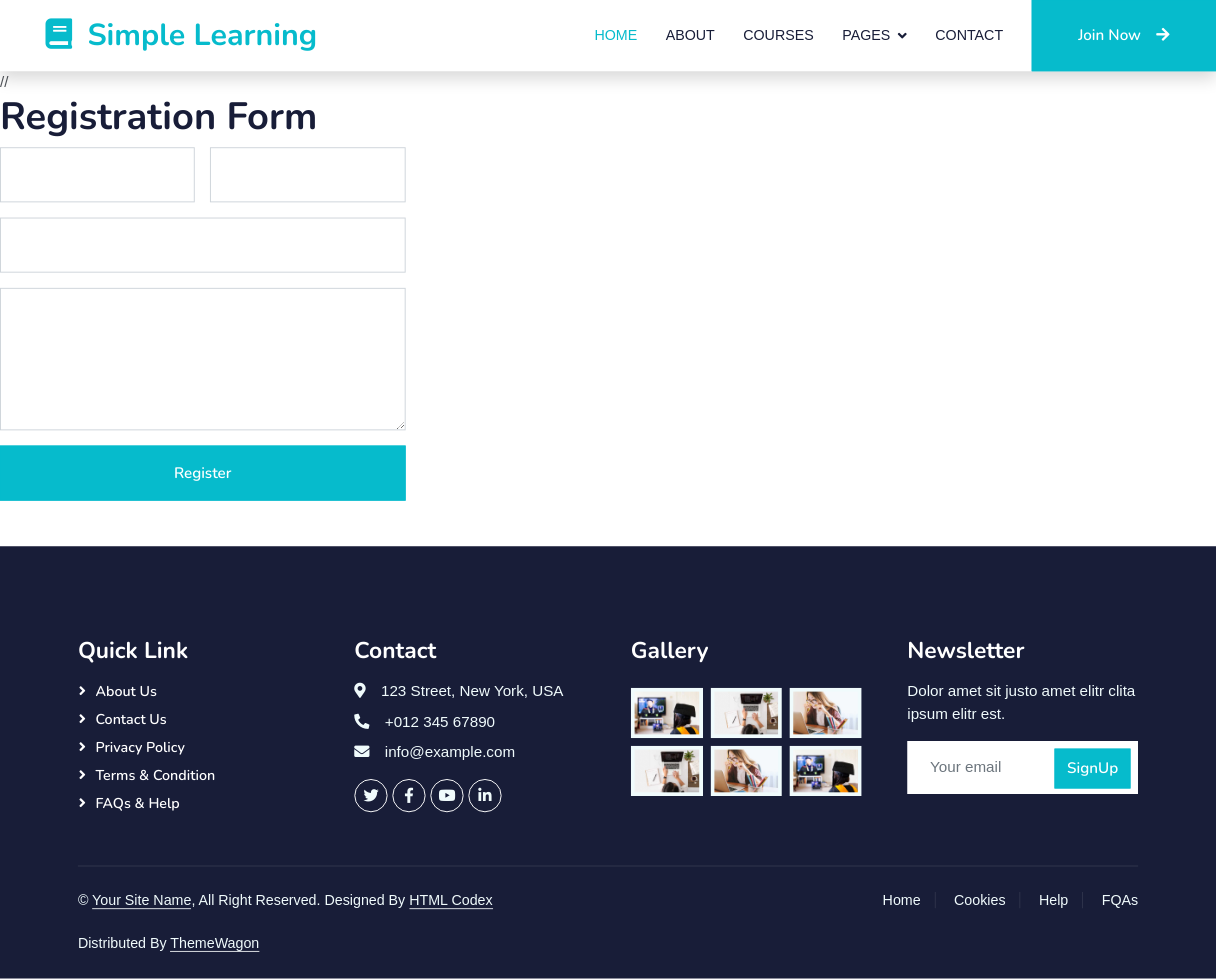
Repository: Arumugam2002/ARUMUGAM-TOPS-DAILY-TASKS
Page: http://localhost/register
An editor plug-in stored every save of this project. The page is shown before and after a run of saves, followed by the edit.
The browser window is 1280 px wide. The pictures show the whole page, at 95% of full size.
Some web fonts or font styles are not loaded; a fallback is used. Some web libraries are served in a nearby version. The page is this project's Thymeleaf template; nobody is signed in. The template is opened directly, without the code that normally fills it, so the values that code supplies are empty.

Above is the page before, as saved 2024-07-16 09:06:13.

### Java SpringBoot/Spring_Eclipse/SpringwithTemplate/src/main/resources/templates/register.html
<!DOCTYPE html>
<html lang="en">
	<head th:replace="/fragments/head :: head"></head>
	<head th:replace="/fragments/header :: header"></head>



<body>
	//<h1>Registration Form</h1>

	<div class="col-lg-4 col-md-12 wow fadeInUp" data-wow-delay="0.5s">
		<form action="/add" method="post">
			<div class="row g-3">
				<div class="col-md-6">
					<div class="form-floating">
						<input type="text" class="form-control" name="name" id="name" placeholder="Enter Name">

					</div>
				</div>
				<div class="col-md-6">
					<div class="form-floating">
						<input type="email" class="form-control" name="email" id="email" placeholder="Enter email">

					</div>
				</div>
				<div class="col-12">
					<div class="form-floating">
						<input type="text" class="form-control" name="contact" id="subject" placeholder="Enter contact">

					</div>
				</div>
				<div class="col-12">
					<div class="form-floating">
						<textarea class="form-control" name="address" placeholder="Enter address" id="message"
							style="height: 150px"></textarea>

					</div>
				</div>
				<div class="col-12">
					<button class="btn btn-primary w-100 py-3" type="submit" >Register</button>
				</div>
			</div>
		</form>
	</div>






	<footer th:replace="/fragments/footer :: footer"></footer>
</body>

</html>

### Java SpringBoot/Spring_Eclipse/SpringwithTemplate/src/main/resources/templates/fragments/head.html
<html lang="en">

<head lang="en" xmlns:th="http://www.thymeleaf.org">
    <meta charset="utf-8">
    <title>Simple Learning</title>
    <meta content="width=device-width, initial-scale=1.0" name="viewport">
    <meta content="" name="keywords">
    <meta content="" name="description">

    <!-- Favicon -->
    <link href="img/favicon.ico" rel="icon">

    <!-- Google Web Fonts -->
    <link rel="preconnect" href="https://fonts.googleapis.com">
    <link rel="preconnect" href="https://fonts.gstatic.com" crossorigin>
    <link href="https://fonts.googleapis.com/css2?family=Heebo:wght@400;500;600&family=Nunito:wght@600;700;800&display=swap" rel="stylesheet">

    <!-- Icon Font Stylesheet -->
    <link href="https://cdnjs.cloudflare.com/ajax/libs/font-awesome/5.10.0/css/all.min.css" rel="stylesheet">
    <link href="https://cdn.jsdelivr.net/npm/bootstrap-icons@1.4.1/font/bootstrap-icons.css" rel="stylesheet">

    <!-- Libraries Stylesheet -->
    <link href="assets/lib/animate/animate.min.css" rel="stylesheet">
    <link href="assets/lib/owlcarousel/assets/owl.carousel.min.css" rel="stylesheet">

    <!-- Customized Bootstrap Stylesheet -->
    <link href="assets/css/bootstrap.min.css" rel="stylesheet">

    <!-- Template Stylesheet -->
    <link href="assets/css/style.css" rel="stylesheet">
</head>

</html>

### Java SpringBoot/Spring_Eclipse/SpringwithTemplate/src/main/resources/templates/fragments/header.html
<html lang="en"
xmlns:th="http://www.thymeleaf.org"
xmlns:sec="http://www.thymeleaf.org/extras/spring-security">
<header>
<!-- Spinner Start -->
<div id="spinner"
	class="show bg-white position-fixed translate-middle w-100 vh-100 top-50 start-50 d-flex align-items-center justify-content-center">
	<div class="spinner-border text-primary" style="width: 3rem; height: 3rem;" role="status">
		<span class="sr-only">Loading...</span>
	</div>
</div>
<!-- Spinner End -->


<!-- Navbar Start -->
<nav class="navbar navbar-expand-lg bg-white navbar-light shadow sticky-top p-0">
	<a href="/" class="navbar-brand d-flex align-items-center px-4 px-lg-5">
		<h2 class="m-0 text-primary"><i class="fa fa-book me-3"></i>Simple Learning</h2>
	</a>
	<button type="button" class="navbar-toggler me-4" data-bs-toggle="collapse" data-bs-target="#navbarCollapse">
		<span class="navbar-toggler-icon"></span>
	</button>
	<div class="collapse navbar-collapse" id="navbarCollapse">
		<div class="navbar-nav ms-auto p-4 p-lg-0">
			<a href="/" class="nav-item nav-link active">Home</a>
			<a href="/about" class="nav-item nav-link">About</a>
			<a href="/courses" class="nav-item nav-link">Courses</a>
			<div class="nav-item dropdown">
				<a href="#" class="nav-link dropdown-toggle" data-bs-toggle="dropdown">Pages</a>
				<div class="dropdown-menu fade-down m-0">
					<a href="/team" class="dropdown-item">Our Team</a>
					<a href="/testimonial" class="dropdown-item">Testimonial</a>
					<a href="/404" class="dropdown-item">404 Page</a>
				</div>
			</div>
			<a href="/contact" class="nav-item nav-link">Contact</a>
		</div>
		<a href="/register" class="btn btn-primary py-4 px-lg-5 d-none d-lg-block">Join Now<i
				class="fa fa-arrow-right ms-3"></i></a>
	</div>
</nav>
<!-- Navbar End -->
</header>


</html>

### Java SpringBoot/Spring_Eclipse/SpringwithTemplate/src/main/resources/templates/fragments/footer.html
<!DOCTYPE html>
<html lang="en" xmlns:th="http://www.thymeleaf.org">

<body>

<footer>
	<!-- Footer Start -->
	<div class="container-fluid bg-dark text-light footer pt-5 mt-5 wow fadeIn" data-wow-delay="0.1s">
		<div class="container py-5">
			<div class="row g-5">
				<div class="col-lg-3 col-md-6">
					<h4 class="text-white mb-3">Quick Link</h4>
					<a class="btn btn-link" href="">About Us</a>
					<a class="btn btn-link" href="">Contact Us</a>
					<a class="btn btn-link" href="">Privacy Policy</a>
					<a class="btn btn-link" href="">Terms & Condition</a>
					<a class="btn btn-link" href="">FAQs & Help</a>
				</div>
				<div class="col-lg-3 col-md-6">
					<h4 class="text-white mb-3">Contact</h4>
					<p class="mb-2"><i class="fa fa-map-marker-alt me-3"></i>123 Street, New York, USA</p>
					<p class="mb-2"><i class="fa fa-phone-alt me-3"></i>+012 345 67890</p>
					<p class="mb-2"><i class="fa fa-envelope me-3"></i>info@example.com</p>
					<div class="d-flex pt-2">
						<a class="btn btn-outline-light btn-social" href=""><i class="fab fa-twitter"></i></a>
						<a class="btn btn-outline-light btn-social" href=""><i class="fab fa-facebook-f"></i></a>
						<a class="btn btn-outline-light btn-social" href=""><i class="fab fa-youtube"></i></a>
						<a class="btn btn-outline-light btn-social" href=""><i class="fab fa-linkedin-in"></i></a>
					</div>
				</div>
				<div class="col-lg-3 col-md-6">
					<h4 class="text-white mb-3">Gallery</h4>
					<div class="row g-2 pt-2">
						<div class="col-4">
							<img class="img-fluid bg-light p-1" src="img/course-1.jpg" alt="">
						</div>
						<div class="col-4">
							<img class="img-fluid bg-light p-1" src="img/course-2.jpg" alt="">
						</div>
						<div class="col-4">
							<img class="img-fluid bg-light p-1" src="img/course-3.jpg" alt="">
						</div>
						<div class="col-4">
							<img class="img-fluid bg-light p-1" src="img/course-2.jpg" alt="">
						</div>
						<div class="col-4">
							<img class="img-fluid bg-light p-1" src="img/course-3.jpg" alt="">
						</div>
						<div class="col-4">
							<img class="img-fluid bg-light p-1" src="img/course-1.jpg" alt="">
						</div>
					</div>
				</div>
				<div class="col-lg-3 col-md-6">
					<h4 class="text-white mb-3">Newsletter</h4>
					<p>Dolor amet sit justo amet elitr clita ipsum elitr est.</p>
					<div class="position-relative mx-auto" style="max-width: 400px;">
						<input class="form-control border-0 w-100 py-3 ps-4 pe-5" type="text" placeholder="Your email">
						<button type="button"
							class="btn btn-primary py-2 position-absolute top-0 end-0 mt-2 me-2">SignUp</button>
					</div>
				</div>
			</div>
		</div>
		<div class="container">
			<div class="copyright">
				<div class="row">
					<div class="col-md-6 text-center text-md-start mb-3 mb-md-0">
						&copy; <a class="border-bottom" href="#">Your Site Name</a>, All Right Reserved.

						<!--/*** This template is free as long as you keep the footer author’s credit link/attribution link/backlink. If you'd like to use the template without the footer author’s credit link/attribution link/backlink, you can purchase the Credit Removal License from "https://htmlcodex.com/credit-removal". Thank you for your support. ***/-->
						Designed By <a class="border-bottom" href="https://htmlcodex.com">HTML Codex</a><br><br>
						Distributed By <a class="border-bottom" href="https://themewagon.com">ThemeWagon</a>
					</div>
					<div class="col-md-6 text-center text-md-end">
						<div class="footer-menu">
							<a href="">Home</a>
							<a href="">Cookies</a>
							<a href="">Help</a>
							<a href="">FQAs</a>
						</div>
					</div>
				</div>
			</div>
		</div>
	</div>
	<!-- Footer End -->


	<!-- Back to Top -->
	<a href="#" class="btn btn-lg btn-primary btn-lg-square back-to-top"><i class="bi bi-arrow-up"></i></a>


	<!-- JavaScript Libraries -->
	<script src="https://code.jquery.com/jquery-3.4.1.min.js"></script>
	<script src="https://cdn.jsdelivr.net/npm/bootstrap@5.0.0/dist/js/bootstrap.bundle.min.js"></script>
	<script src="assets/lib/wow/wow.min.js"></script>
	<script src="assets/lib/easing/easing.min.js"></script>
	<script src="assets/lib/waypoints/waypoints.min.js"></script>
	<script src="assets/lib/owlcarousel/owl.carousel.min.js"></script>

	<!-- Template Javascript -->
	<script src="assets/js/main.js"></script>
	</footer>
</body>

</html>

### Java SpringBoot/Spring_Eclipse/SpringwithTemplate/src/main/resources/static/assets/css/style.css
/********** Template CSS **********/
:root {
    --primary: #06BBCC;
    --light: #F0FBFC;
    --dark: #181d38;
}

.fw-medium {
    font-weight: 600 !important;
}

.fw-semi-bold {
    font-weight: 700 !important;
}

.back-to-top {
    position: fixed;
    display: none;
    right: 45px;
    bottom: 45px;
    z-index: 99;
}


/*** Spinner ***/
#spinner {
    opacity: 0;
    visibility: hidden;
    transition: opacity .5s ease-out, visibility 0s linear .5s;
    z-index: 99999;
}

#spinner.show {
    transition: opacity .5s ease-out, visibility 0s linear 0s;
    visibility: visible;
    opacity: 1;
}


/*** Button ***/
.btn {
    font-family: 'Nunito', sans-serif;
    font-weight: 600;
    transition: .5s;
}

.btn.btn-primary,
.btn.btn-secondary {
    color: #FFFFFF;
}

.btn-square {
    width: 38px;
    height: 38px;
}

.btn-sm-square {
    width: 32px;
    height: 32px;
}

.btn-lg-square {
    width: 48px;
    height: 48px;
}

.btn-square,
.btn-sm-square,
.btn-lg-square {
    padding: 0;
    display: flex;
    align-items: center;
    justify-content: center;
    font-weight: normal;
    border-radius: 0px;
}


/*** Navbar ***/
.navbar .dropdown-toggle::after {
    border: none;
    content: "\f107";
    font-family: "Font Awesome 5 Free";
    font-weight: 900;
    vertical-align: middle;
    margin-left: 8px;
}

.navbar-light .navbar-nav .nav-link {
    margin-right: 30px;
    padding: 25px 0;
    color: #FFFFFF;
    font-size: 15px;
    text-transform: uppercase;
    outline: none;
}

.navbar-light .navbar-nav .nav-link:hover,
.navbar-light .navbar-nav .nav-link.active {
    color: var(--primary);
}

@media (max-width: 991.98px) {
    .navbar-light .navbar-nav .nav-link  {
        margin-right: 0;
        padding: 10px 0;
    }

    .navbar-light .navbar-nav {
        border-top: 1px solid #EEEEEE;
    }
}

.navbar-light .navbar-brand,
.navbar-light a.btn {
    height: 75px;
}

.navbar-light .navbar-nav .nav-link {
    color: var(--dark);
    font-weight: 500;
}

.navbar-light.sticky-top {
    top: -100px;
    transition: .5s;
}

@media (min-width: 992px) {
    .navbar .nav-item .dropdown-menu {
        display: block;
        margin-top: 0;
        opacity: 0;
        visibility: hidden;
        transition: .5s;
    }

    .navbar .dropdown-menu.fade-down {
        top: 100%;
        transform: rotateX(-75deg);
        transform-origin: 0% 0%;
    }

    .navbar .nav-item:hover .dropdown-menu {
        top: 100%;
        transform: rotateX(0deg);
        visibility: visible;
        transition: .5s;
        opacity: 1;
    }
}


/*** Header carousel ***/
@media (max-width: 768px) {
    .header-carousel .owl-carousel-item {
        position: relative;
        min-height: 500px;
    }

    .header-carousel .owl-carousel-item img {
        position: absolute;
        width: 100%;
        height: 100%;
        object-fit: cover;
    }
}

.header-carousel .owl-nav {
    position: absolute;
    top: 50%;
    right: 8%;
    transform: translateY(-50%);
    display: flex;
    flex-direction: column;
}

.header-carousel .owl-nav .owl-prev,
.header-carousel .owl-nav .owl-next {
    margin: 7px 0;
    width: 45px;
    height: 45px;
    display: flex;
    align-items: center;
    justify-content: center;
    color: #FFFFFF;
    background: transparent;
    border: 1px solid #FFFFFF;
    font-size: 22px;
    transition: .5s;
}

.header-carousel .owl-nav .owl-prev:hover,
.header-carousel .owl-nav .owl-next:hover {
    background: var(--primary);
    border-color: var(--primary);
}

.page-header {
    background: linear-gradient(rgba(24, 29, 56, .7), rgba(24, 29, 56, .7)), url(../img/carousel-1.jpg);
    background-position: center center;
    background-repeat: no-repeat;
    background-size: cover;
}

.page-header-inner {
    background: rgba(15, 23, 43, .7);
}

.breadcrumb-item + .breadcrumb-item::before {
    color: var(--light);
}


/*** Section Title ***/
.section-title {
    position: relative;
    display: inline-block;
    text-transform: uppercase;
}

.section-title::before {
    position: absolute;
    content: "";
    width: calc(100% + 80px);
    height: 2px;
    top: 4px;
    left: -40px;
    background: var(--primary);
    z-index: -1;
}

.section-title::after {
    position: absolute;
    content: "";
    width: calc(100% + 120px);
    height: 2px;
    bottom: 5px;
    left: -60px;
    background: var(--primary);
    z-index: -1;
}

.section-title.text-start::before {
    width: calc(100% + 40px);
    left: 0;
}

.section-title.text-start::after {
    width: calc(100% + 60px);
    left: 0;
}


/*** Service ***/
.service-item {
    background: var(--light);
    transition: .5s;
}

.service-item:hover {
    margin-top: -10px;
    background: var(--primary);
}

.service-item * {
    transition: .5s;
}

.service-item:hover * {
    color: var(--light) !important;
}


/*** Categories & Courses ***/
.category img,
.course-item img {
    transition: .5s;
}

.category a:hover img,
.course-item:hover img {
    transform: scale(1.1);
}


/*** Team ***/
.team-item img {
    transition: .5s;
}

.team-item:hover img {
    transform: scale(1.1);
}


/*** Testimonial ***/
.testimonial-carousel::before {
    position: absolute;
    content: "";
    top: 0;
    left: 0;
    height: 100%;
    width: 0;
    background: linear-gradient(to right, rgba(255, 255, 255, 1) 0%, rgba(255, 255, 255, 0) 100%);
    z-index: 1;
}

.testimonial-carousel::after {
    position: absolute;
    content: "";
    top: 0;
    right: 0;
    height: 100%;
    width: 0;
    background: linear-gradient(to left, rgba(255, 255, 255, 1) 0%, rgba(255, 255, 255, 0) 100%);
    z-index: 1;
}

@media (min-width: 768px) {
    .testimonial-carousel::before,
    .testimonial-carousel::after {
        width: 200px;
    }
}

@media (min-width: 992px) {
    .testimonial-carousel::before,
    .testimonial-carousel::after {
        width: 300px;
    }
}

.testimonial-carousel .owl-item .testimonial-text,
.testimonial-carousel .owl-item.center .testimonial-text * {
    transition: .5s;
}

.testimonial-carousel .owl-item.center .testimonial-text {
    background: var(--primary) !important;
}

.testimonial-carousel .owl-item.center .testimonial-text * {
    color: #FFFFFF !important;
}

.testimonial-carousel .owl-dots {
    margin-top: 24px;
    display: flex;
    align-items: flex-end;
    justify-content: center;
}

.testimonial-carousel .owl-dot {
    position: relative;
    display: inline-block;
    margin: 0 5px;
    width: 15px;
    height: 15px;
    border: 1px solid #CCCCCC;
    transition: .5s;
}

.testimonial-carousel .owl-dot.active {
    background: var(--primary);
    border-color: var(--primary);
}


/*** Footer ***/
.footer .btn.btn-social {
    margin-right: 5px;
    width: 35px;
    height: 35px;
    display: flex;
    align-items: center;
    justify-content: center;
    color: var(--light);
    font-weight: normal;
    border: 1px solid #FFFFFF;
    border-radius: 35px;
    transition: .3s;
}

.footer .btn.btn-social:hover {
    color: var(--primary);
}

.footer .btn.btn-link {
    display: block;
    margin-bottom: 5px;
    padding: 0;
    text-align: left;
    color: #FFFFFF;
    font-size: 15px;
    font-weight: normal;
    text-transform: capitalize;
    transition: .3s;
}

.footer .btn.btn-link::before {
    position: relative;
    content: "\f105";
    font-family: "Font Awesome 5 Free";
    font-weight: 900;
    margin-right: 10px;
}

.footer .btn.btn-link:hover {
    letter-spacing: 1px;
    box-shadow: none;
}

.footer .copyright {
    padding: 25px 0;
    font-size: 15px;
    border-top: 1px solid rgba(256, 256, 256, .1);
}

.footer .copyright a {
    color: var(--light);
}

.footer .footer-menu a {
    margin-right: 15px;
    padding-right: 15px;
    border-right: 1px solid rgba(255, 255, 255, .1);
}

.footer .footer-menu a:last-child {
    margin-right: 0;
    padding-right: 0;
    border-right: none;
}

### Java SpringBoot/Spring_Eclipse/SpringwithTemplate/src/main/resources/static/assets/js/main.js
(function ($) {
    "use strict";

    // Spinner
    var spinner = function () {
        setTimeout(function () {
            if ($('#spinner').length > 0) {
                $('#spinner').removeClass('show');
            }
        }, 1);
    };
    spinner();


    // Initiate the wowjs
    new WOW().init();


    // Sticky Navbar
    $(window).scroll(function () {
        if ($(this).scrollTop() > 300) {
            $('.sticky-top').css('top', '0px');
        } else {
            $('.sticky-top').css('top', '-100px');
        }
    });


    // Dropdown on mouse hover
    const $dropdown = $(".dropdown");
    const $dropdownToggle = $(".dropdown-toggle");
    const $dropdownMenu = $(".dropdown-menu");
    const showClass = "show";

    $(window).on("load resize", function() {
        if (this.matchMedia("(min-width: 992px)").matches) {
            $dropdown.hover(
            function() {
                const $this = $(this);
                $this.addClass(showClass);
                $this.find($dropdownToggle).attr("aria-expanded", "true");
                $this.find($dropdownMenu).addClass(showClass);
            },
            function() {
                const $this = $(this);
                $this.removeClass(showClass);
                $this.find($dropdownToggle).attr("aria-expanded", "false");
                $this.find($dropdownMenu).removeClass(showClass);
            }
            );
        } else {
            $dropdown.off("mouseenter mouseleave");
        }
    });


    // Back to top button
    $(window).scroll(function () {
        if ($(this).scrollTop() > 300) {
            $('.back-to-top').fadeIn('slow');
        } else {
            $('.back-to-top').fadeOut('slow');
        }
    });
    $('.back-to-top').click(function () {
        $('html, body').animate({scrollTop: 0}, 1500, 'easeInOutExpo');
        return false;
    });


    // Header carousel
    $(".header-carousel").owlCarousel({
        autoplay: true,
        smartSpeed: 1500,
        items: 1,
        dots: false,
        loop: true,
        nav : true,
        navText : [
            '<i class="bi bi-chevron-left"></i>',
            '<i class="bi bi-chevron-right"></i>'
        ]
    });


    // Testimonials carousel
    $(".testimonial-carousel").owlCarousel({
        autoplay: true,
        smartSpeed: 1000,
        center: true,
        margin: 24,
        dots: true,
        loop: true,
        nav : false,
        responsive: {
            0:{
                items:1
            },
            768:{
                items:2
            },
            992:{
                items:3
            }
        }
    });

})(jQuery);

Loaded but not shown: Java SpringBoot/Spring_Eclipse/SpringwithTemplate/src/main/resources/static/assets/lib/animate/animate.min.css (library); Java SpringBoot/Spring_Eclipse/SpringwithTemplate/src/main/resources/static/assets/lib/owlcarousel/assets/owl.carousel.min.css (common file); Java SpringBoot/Spring_Eclipse/SpringwithTemplate/src/main/resources/static/assets/css/bootstrap.min.css (library); Java SpringBoot/Spring_Eclipse/SpringwithTemplate/src/main/resources/static/assets/lib/wow/wow.min.js (library); Java SpringBoot/Spring_Eclipse/SpringwithTemplate/src/main/resources/static/assets/lib/easing/easing.min.js (common file); Java SpringBoot/Spring_Eclipse/SpringwithTemplate/src/main/resources/static/assets/lib/waypoints/waypoints.min.js (library); Java SpringBoot/Spring_Eclipse/SpringwithTemplate/src/main/resources/static/assets/lib/owlcarousel/owl.carousel.min.js (library)

After the next 2 saves:
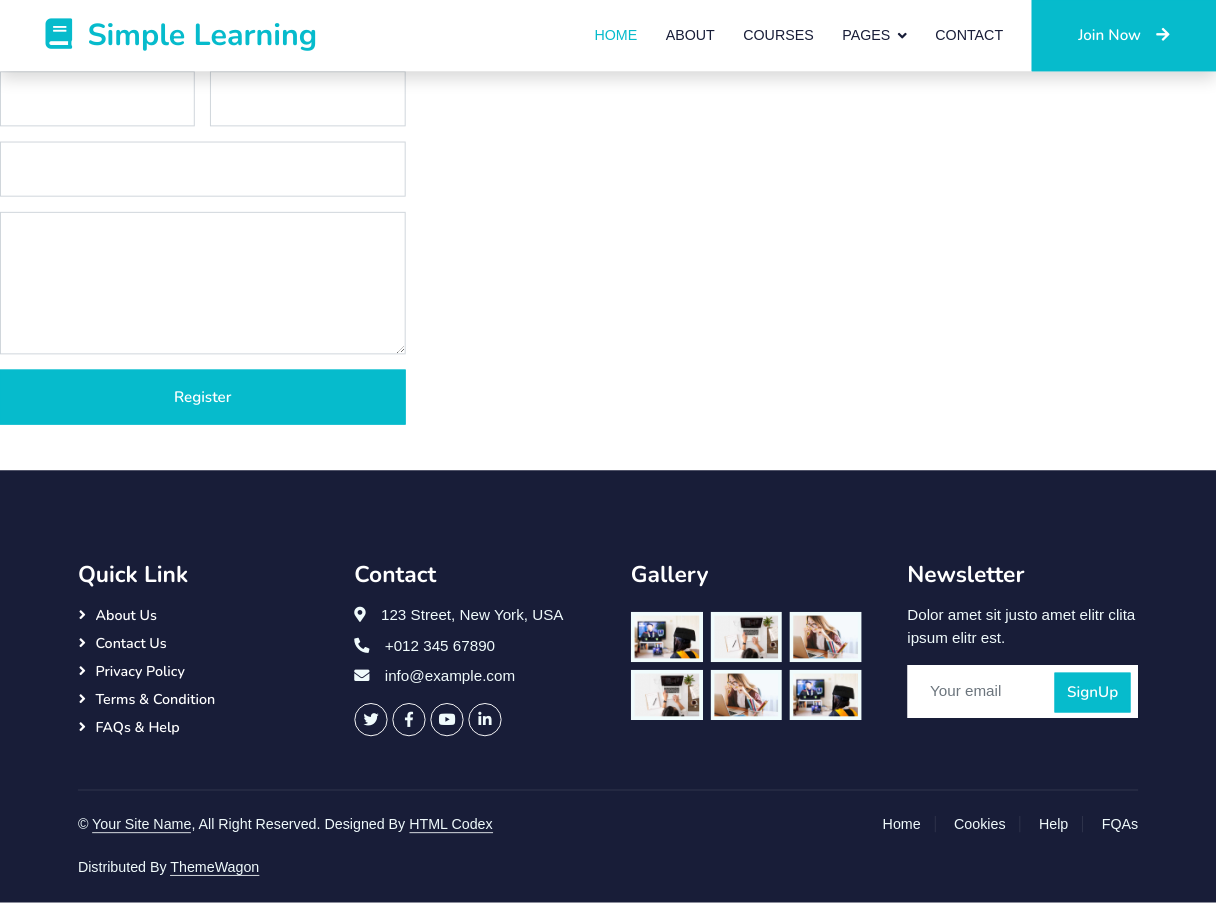
The 2 saves are shown as one change because they came seconds apart.
The last was saved 8 s later.
--- a/Java SpringBoot/Spring_Eclipse/SpringwithTemplate/src/main/resources/templates/register.html
+++ b/Java SpringBoot/Spring_Eclipse/SpringwithTemplate/src/main/resources/templates/register.html
@@ -6,7 +6,7 @@
 
 
 <body>
-	//<h1>Registration Form</h1>
+	<!--<h1>Registration Form</h1>-->
 
 	<div class="col-lg-4 col-md-12 wow fadeInUp" data-wow-delay="0.5s">
 		<form action="/add" method="post">
